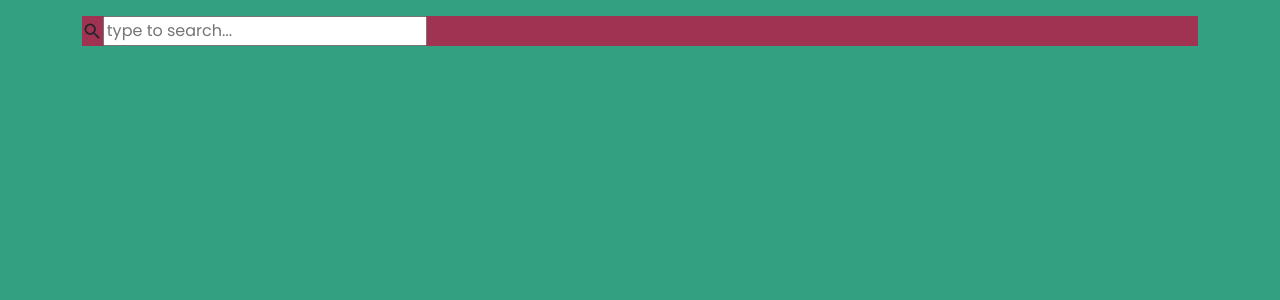
Repository: DeraBola/user-app
Page: /
The author's editor kept a copy of each file at every save. The page is drawn from the files as they stood at one save, then again after a run of saves.
The browser window is 1280 px wide. The pictures show the whole page.
The page's requests for data from a server got no answer. The project was rebuilt for these pictures with package versions that can differ from the ones it lists, and the page was loaded fresh each time. No one was signed in, and anything a server would have sent is missing.

Above is the page before, as saved 2022-08-09 21:24:25.

After the next 2 saves:
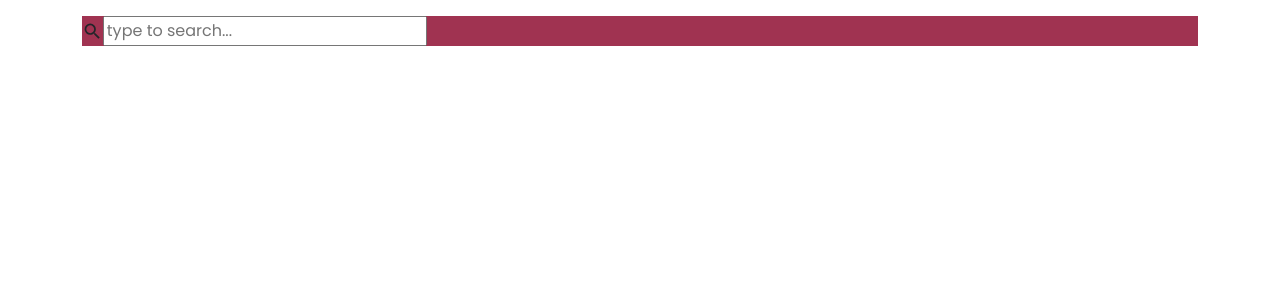
The 2 saves are shown as one change because they came seconds apart.
The last was saved 76 s later.
--- a/src/App.css
+++ b/src/App.css
@@ -6,7 +6,7 @@
             text-decoration: none;
             list-style-type: none;
             outline: none;
-            background: #33a082;
+            background: #f;
         }
 
         .container {
